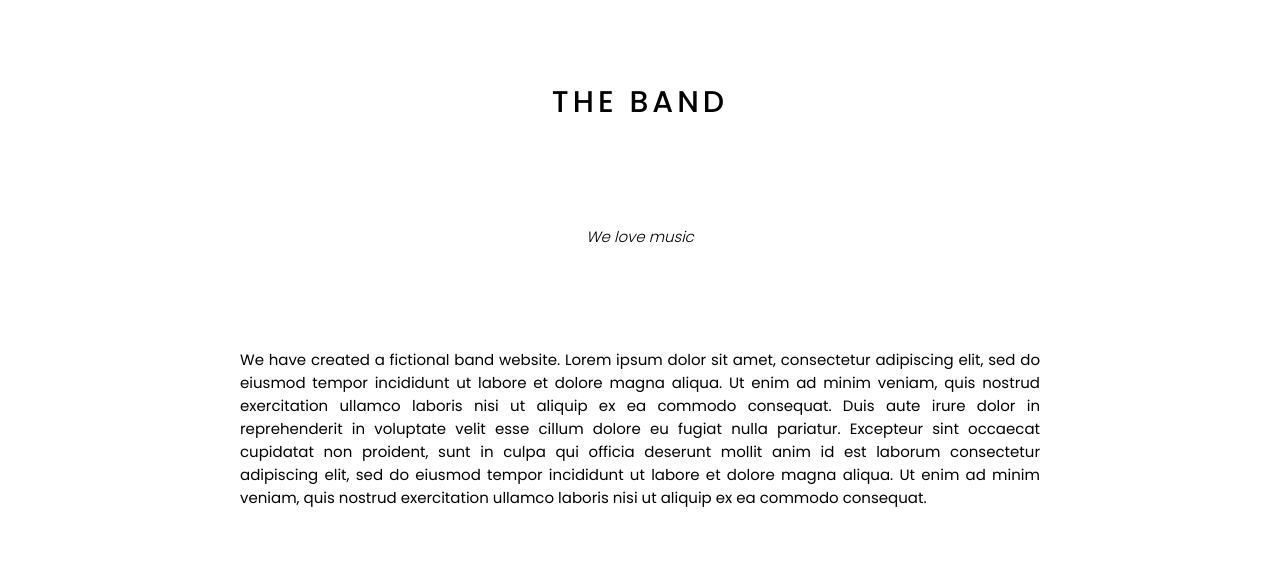
Repository: dptuyen1/the-band
Page: index.html
The author's editor kept a copy of each file at every save. The page is drawn from the files as they stood at one save, then again after the next save.
The browser window is 1280 px wide. The pictures show the part of the page from y = 690 to 1269 px (the page is 1269 px tall before and 1109 px after).

Above is the page before, as saved 2023-06-02 14:50:04.

### index.html
<!DOCTYPE html>
<html lang="en">
  <head>
    <meta charset="UTF-8" />
    <meta http-equiv="X-UA-Compatible" content="IE=edge" />
    <meta name="viewport" content="width=device-width, initial-scale=1.0" />
    <title>Document</title>
    <link rel="stylesheet" href="./assets/css/style.css" />
    <link
      rel="stylesheet"
      href="https://cdnjs.cloudflare.com/ajax/libs/font-awesome/6.4.0/css/all.min.css"
      integrity="sha512-iecdLmaskl7CVkqkXNQ/ZH/XLlvWZOJyj7Yy7tcenmpD1ypASozpmT/E0iPtmFIB46ZmdtAc9eNBvH0H/ZpiBw=="
      crossorigin="anonymous"
      referrerpolicy="no-referrer"
    />
  </head>

  <body>
    <div id="wrapper">
      <header id="header">
        <ul id="nav">
          <li><a href="#">HOME</a></li>
          <li><a href="#">BAND</a></li>
          <li><a href="#">TOUR</a></li>
          <li><a href="#">CONTACT</a></li>
          <li>
            <a href="#">
              MORE
              <i class="fa-solid fa-caret-down"></i>
            </a>
            <ul class="sub-nav">
              <li><a href="#">Merchandise</a></li>
              <li><a href="#">Extras</a></li>
              <li><a href="#">Media</a></li>
            </ul>
          </li>
        </ul>
        <a href="#" class="search-btn">
          <i class="fa-solid fa-magnifying-glass"></i>
        </a>
      </header>
      <div id="slider">
        <div class="text-content">
          <h2 class="text-heading">New York</h2>
          <p class="text-description">
            The atmosphere in New York is lorem ipsum
          </p>
        </div>
      </div>
      <main id="content">
        <section class="content-section">
          <h2 class="section-heading">THE BAND</h2>
          <p class="section-slogan"><i>We love music</i></p>
          <p class="about-text">
            We have created a fictional band website. Lorem ipsum dolor sit
            amet, consectetur adipiscing elit, sed do eiusmod tempor incididunt
            ut labore et dolore magna aliqua. Ut enim ad minim veniam, quis
            nostrud exercitation ullamco laboris nisi ut aliquip ex ea commodo
            consequat. Duis aute irure dolor in reprehenderit in voluptate velit
            esse cillum dolore eu fugiat nulla pariatur. Excepteur sint occaecat
            cupidatat non proident, sunt in culpa qui officia deserunt mollit
            anim id est laborum consectetur adipiscing elit, sed do eiusmod
            tempor incididunt ut labore et dolore magna aliqua. Ut enim ad minim
            veniam, quis nostrud exercitation ullamco laboris nisi ut aliquip ex
            ea commodo consequat.
          </p>
        </section>
      </main>
      <footer id="footer"></footer>
    </div>
  </body>
  <script src="./assets/js/script.js"></script>
</html>

### assets/css/style.css
@import url("https://fonts.googleapis.com/css2?family=Poppins:wght@300;400;500;600;700&display=swap");

* {
  padding: 0;
  margin: 0;
  box-sizing: border-box;
}

html {
  font-size: 62.5%;
  font-family: "Poppins", sans-serif;
  scroll-behavior: smooth;
}

:root {
  --white: #fff;
  --black: #000;
  --text: #333;
}

#wrapper {
}
#header {
  height: 50px;
  background-color: var(--black);
  position: fixed;
  width: 100%;
  top: 0;
  /* or
  right: 0;
  left: 0; */
  z-index: 1;
}
#nav,
.sub-nav {
  list-style: none;
}
#nav li {
  display: inline-block;
  position: relative;
}

#nav li a {
  font-size: 1.6rem;
  text-decoration: none;
  line-height: 50px;
  padding: 0 24px;
  display: inline-block;
}

#nav > li > a {
  color: var(--white);
}

#nav li:hover > a {
  background-color: #ccc;
  color: var(--text);
}

#nav li:hover .sub-nav {
  display: block;
}

#nav .sub-nav {
  display: none;
  min-width: 160px;
  position: absolute;
  /* Cách top 1 đoạn = chiều cao thẻ cha (li) */
  top: 100%;
  /* Cách left 1 đoạn = chiều rộng thẻ cha (li)
  left: 100%; */
  left: 0;
  background-color: var(--white);
  box-shadow: 0 0 10px rgba(0, 0, 0, 0.3);
}

.sub-nav * {
  width: 100%;
}

#nav .sub-nav a {
  color: var(--black);
  padding: 0 16px;
  line-height: 40px;
}

.search-btn {
  display: block;
  font-size: 1.6rem;
  line-height: 50px;
  color: var(--white);
  padding: 0 16px;
  position: absolute;
  top: 0;
  right: 0;
}

.search-btn:hover {
  background-color: #f44336;
}

#slider {
  /* Với giá trị %: 50% chiều ngang của chính nó */
  padding-top: 50%;
  margin-top: 50px;
  background-image: url(https://www.w3schools.com/w3images/chicago.jpg);
  background-position: top center;
  background-repeat: no-repeat;
  background-size: cover;
  position: relative;
}

#slider .text-content {
  color: var(--white);
  position: absolute;
  left: 50%;
  bottom: 50px;
  transform: translateX(-50%);
  text-align: center;
}

#slider .text-heading {
  font-size: 1.8rem;
  font-weight: 500;
}

#slider .text-description {
  font-size: 1.6rem;
}
#content {
}

.content-section {
  width: 800px;
  margin: 0 auto;
  padding: 70px 0;
}

.section-heading,
.section-slogan {
  text-align: center;
}

.section-heading {
  font-size: 3rem;
  font-weight: 500;
  letter-spacing: 4px;
  margin: 10px 0;
}

.section-slogan {
  font-size: 1.5rem;
  font-weight: 300;
  margin: 100px 0;
}

.about-text {
  font-size: 1.5rem;
  text-align: justify;
}

#footer {
}

Loaded but not shown: assets/js/script.js (no copy from this time; the picture is the same without it)

After the next save:
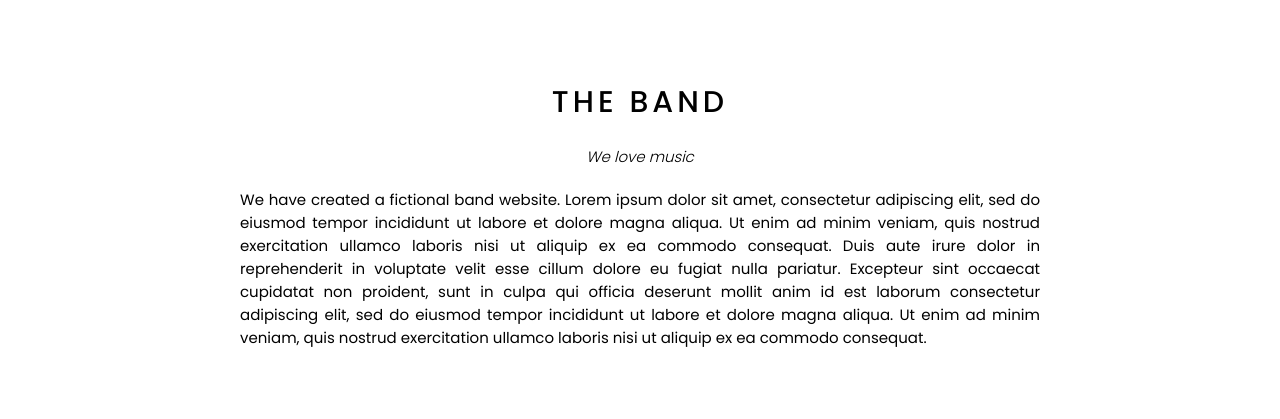
Saved 4 s later.
--- a/assets/css/style.css
+++ b/assets/css/style.css
@@ -151,7 +151,7 @@ html {
 .section-slogan {
   font-size: 1.5rem;
   font-weight: 300;
-  margin: 100px 0;
+  margin: 20px 0;
 }
 
 .about-text {
